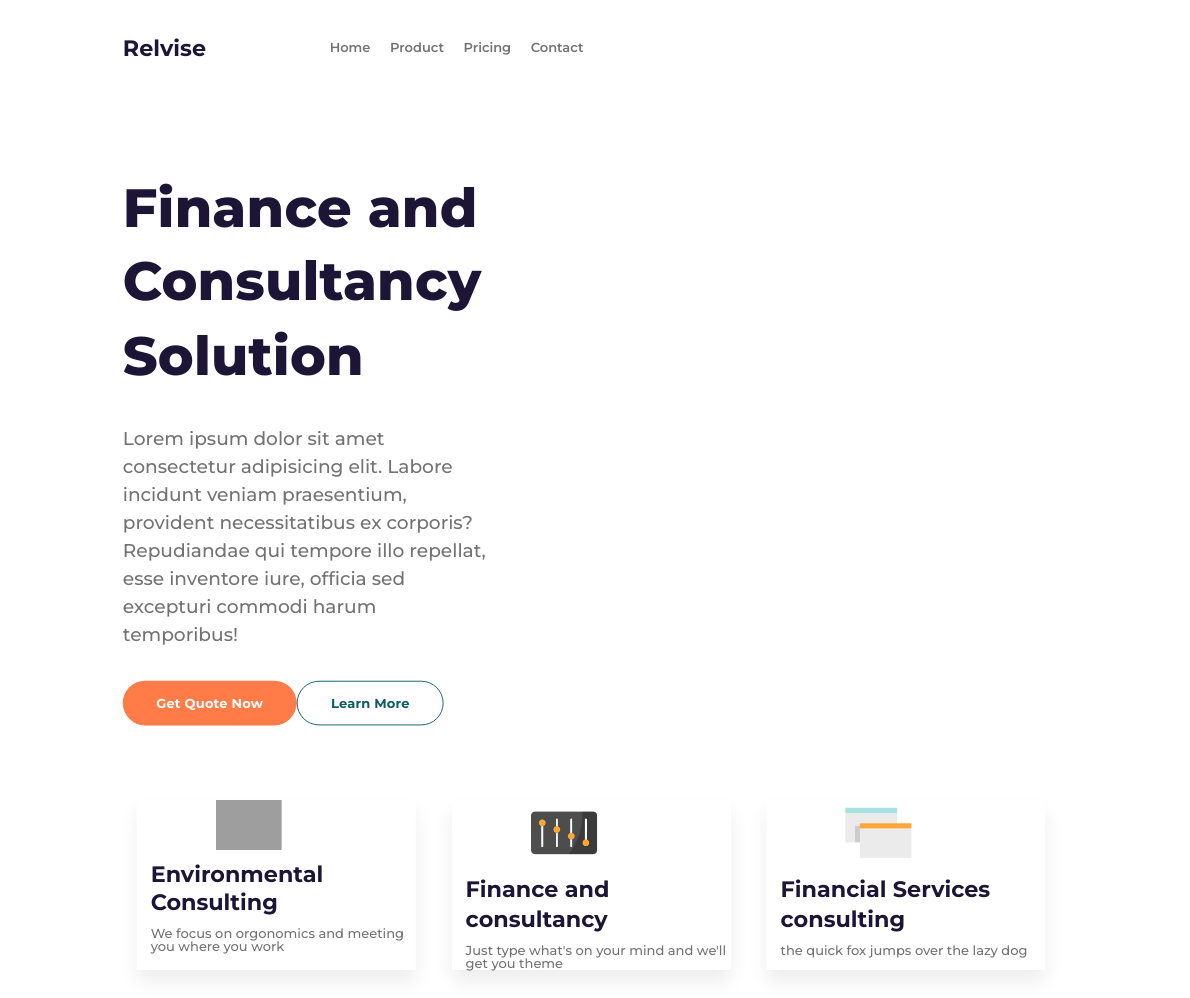
Repository: usalokiN/simple-project
Page: index.html
The author's editor kept a copy of each file at every save. The page is drawn from the files as they stood at one save, then again after the next save.
The browser window is 1280 px wide. The pictures show the whole page, at 93% of full size.
Pictures or frames that could not be fetched are drawn as grey boxes.

Above is the page before, as saved 2022-01-16 23:31:43.

### index.html
<!DOCTYPE html>
<html lang="en">

<head>
    <meta charset="UTF-8">
    <meta http-equiv="X-UA-Compatible" content="IE=edge">
    <meta name="viewport" content="width=device-width, initial-scale=1.0">
    <link rel="stylesheet" href="https://fonts.googleapis.com/css?family=Montserrat:regular,500,600,700,800&display=swap">
    <link rel="stylesheet" href="css/style.css">
    <meta author="NikoDyachenko">
    <title>Simple project</title>


</head>

<body>
    <div class="wrapper">
        <header class="header">
            <div class="header__container _container">
                <a href="" class="header__logo">
                    Relvise
                </a>
                <nav class="header__menu menu">
                    <ul class="menu__list">
                        <li class="menu__item">
                            <a href="" class="menu__link">Home</a>
                        </li>
                        <li class="menu__item">
                            <a href="" class="menu__link">Product</a>
                        </li>
                        <li class="menu__item">
                            <a href="" class="menu__link">Pricing</a>
                        </li>
                        <li class="menu__item">
                            <a href="" class="menu__link">Contact</a>
                        </li>
                    </ul>
                </nav>
            </div>
    </div>
    </header>
    <main class="page">
        <div class="page__main-block main-block">
            <div class="main-block_containter _container">
                <div class="main-block__body">
                    <h1 class="main-block__title">Finance and Consultancy Solution</h1>
                    <div class="main-block__text">Lorem ipsum dolor sit amet consectetur adipisicing elit. Labore incidunt veniam praesentium, provident necessitatibus ex corporis? Repudiandae qui tempore illo repellat, esse inventore iure, officia sed excepturi commodi harum temporibus!

                    </div>
                    <div class="main-block__buttons">
                        <a href="" class="main-block__button main-block__button_orange">Get Quote Now</a>
                        <a href="" class="main-block__button main-block__button_border">Learn More</a>

                    </div>
                </div>
            </div>
        </div>
        <div class="main-block__image">
            <!-- <img src="" alt="cover"> -->
        </div>
        <div class="page__services services">
            <div class="services__conateiner _container">
                <div class="services__body">
                    <div class="services__column">
                        <div class="services__item item-service">
                            <div class="item-service__icon"><img src="img/icon-block1.png" alt="Environmental Consulting"></div>
                            <div class="item-service__title">Environmental Consulting</div>
                            <div class="item-service__text">We focus on orgonomics and meeting you where you work</div>

                        </div>
                    </div>
                    <div class="services__column">
                        <div class="services__item item-service">
                            <div class="item-service__icon"><img src="img/icon-block2.png" alt="Environmental Consulting"></div>
                            <div class="item-service__title">Finance and consultancy</div>
                            <div class="item-service__text">Just type what's on your mind and we'll get you theme</div>

                        </div>
                    </div>
                    <div class="services__column">
                        <div class="services__item item-service item-service__third-block">
                            <div class="item-service__icon"><img src="img/icon-block3.png" alt="Environmental Consulting"></div>
                            <div class="item-service__title">Financial Services consulting</div>
                            <div class="item-service__text">the quick fox jumps over the lazy dog</div>

                        </div>
                    </div>
                </div>
            </div>
        </div>
    </main>
    <footer class="footer "></footer>
    </div>
</body>

</html>

### css/style.css
                    *,
                     ::before,
                     ::after {
                        padding: 0;
                        margin: 0;
                        bottom: 0;
                        box-sizing: border-box;
                    }

                    a {
                        text-decoration: none;
                    }

                    ul,
                    ol,
                    li {
                        list-style: none;
                    }

                    img {
                        vertical-align: top;
                    }

                    h1,
                    h2,
                    h3,
                    h4,
                    h5,
                    h6 {
                        font-weight: inherit;
                        font-style: inherit;
                    }

                    html,
                    body {
                        height: 100%;
                        line-height: 1;
                        font-size: 14px;
                        font-weight: 500;
                        color: rgb(28, 21, 54);
                        font-family: Montserrat;
                    }

                    .wrapper {
                        /* max-height: 100%; */
                        overflow: hidden;
                    }
                    /* ================================================================================== */

                    ._container {
                        max-width: 1046px;
                        margin: 0px auto;
                        padding: 0 15px;
                    }

                    ._ibg {
                        position: relative;
                    }

                    .ibg img {
                        position: absolute;
                        width: 100%;
                        height: 100%;
                        top: 0;
                        left: 0;
                        object-fit: cover;
                    }
                    /* ----------------------------------------HEADER------------------------------------------------------- */

                    .header {
                        position: absolute;
                        width: 100%;
                        left: 0;
                        top: 0;
                        z-index: 50;
                    }

                    .header__container {
                        display: flex;
                        min-height: 104px;
                        align-items: center;
                    }

                    @media (max-width: 479px) {
                        .header__container {
                            min-height: 85px;
                        }
                    }

                    ._container {}

                    .header__logo {
                        font-size: 24px;
                        font-weight: 700;
                        color: inherit;
                    }

                    .header__menu {
                        margin: 0 0 0 133px;
                    }

                    @media (max-width: 992px) {
                        .header__menu {
                            margin: 0 0 0 80px;
                        }
                    }

                    @media (max-width: 762px) {
                        .header__menu {
                            margin: 0 0 0 40px;
                        }
                    }

                    @media (max-width: 479px) {
                        .header__menu {
                            margin: 0 0 0 20px;
                        }
                    }

                    .menu {
                        padding: 5px 0;
                    }

                    .menu__list {
                        display: flex;
                        flex-wrap: wrap;
                    }

                    .menu__item {}

                    .menu__item:not(:last-child) {
                        margin: 0 21px 0 0px;
                        /* Отступы у каждого кроме последнего элемента */
                    }

                    .menu__link {
                        color: #737373;
                        font-weight: 600;
                        line-height: calc(24/14 * 100%);
                        /*171% - процет отступа. Формула расчета при 14px шрифта*/
                    }

                    @media (max-width: 479) {
                        .menu__link {
                            font-size: 18px;
                        }
                    }
                    /* MAIN */

                    .page {
                        flex: 1 1 auto;
                    }
                    /* FOOTER */

                    .footer {}
                    /* MAIN-BLOCK */

                    .page__main-block {}

                    .main-block {
                        position: relative;
                        ;
                    }

                    .main-block_containter {}

                    ._container {}

                    .main-block__body {
                        padding: 184px 0px 191px 0px;
                        position: relative;
                        z-index: 2;
                        max-width: 400px;
                    }

                    .main-block__body>*:not(:last-child) {
                        margin: 0 0 35px 0;
                    }

                    .main-block__title {
                        font-size: 58px;
                        line-height: 137%;
                        font-weight: 800;
                        letter-spacing: 0.2px;
                    }

                    @media (max-width:497px) {
                        .main-block__title {
                            font-size: 42px;
                        }
                    }

                    .main-block__text {
                        color: #737373;
                        font-size: 20px;
                        line-height: 1.5;
                    }

                    .main-block__buttons {
                        display: inline-flex;
                        flex-wrap: wrap;
                        margin: -10px 0;
                    }

                    .main-block__button {
                        border-radius: 37px;
                        display: flex;
                        min-height: 48px;
                        justify-content: center;
                        align-items: center;
                        letter-spacing: 0.2px;
                        font-weight: 700;
                        line-height: 150%;
                        padding: 5px 36px;
                        text-align: center;
                        margin: 10px 0;
                    }

                    @media(max-width:479px) {
                        .main-block__button:not(:last-child) {
                            margin-right: 10px;
                        }
                    }

                    .main-block__button_orange {
                        background: #ff7b47;
                        color: #fff;
                    }

                    .main-block__button_border {
                        color: #0d5c63;
                        border: 1px solid #0d5c63;
                    }

                    .main-block__image {
                        position: absolute;
                        width: 100%;
                        height: 100%;
                        top: 0;
                        left: 0;
                    }

                    @media (max-width:1300px) {
                        .main-block__image img {
                            object-fit: right;
                        }
                    }

                    @media (max-width:992px) {
                        .main-block__image {
                            opacity: 0.5;
                        }
                    }
                    /* =================BLOCKS======================================= */

                    .page__services {
                        /* display: flex; */
                        margin: -111px 0 0 0;
                        position: relative;
                        z-index: 2;
                    }

                    .services {}

                    .services__conateiner {}

                    ._container {}

                    .services__body {
                        display: flex;
                        margin: 0 -15px;
                        flex-wrap: wrap;
                        margin: 0 0 -30px 0;
                    }

                    .services__column {
                        padding: 0 15px;
                        flex: 0 1 33.333%;
                        margin: 0 0 30px 0;
                    }

                    @media (max-width:992px) {
                        .services__column {
                            flex: 0 1 50%;
                        }
                    }

                    .services__item {
                        box-shadow: 0 13px 19px rgb(0, 0, 0, 0.07);
                        background-color: white;
                        padding: 0 0 0 15px;
                        height: 100%;
                        width: 300px;
                    }

                    .services__item>*:not(:last-child) {
                        margin: 0 0 10px 0;
                    }

                    .item-service .item-service {}

                    .item-service__icon {
                        padding: 0 0 0 70px;
                    }

                    .item-service__icon img {
                        width: 33%;
                    }

                    .item-service__title {
                        font-weight: 700;
                        font-size: 24px;
                        line-height: 133%;
                    }

                    .item-service__text {
                        color: #737373;
                    }

                    .item-service__third-block {
                        /* background-color: #68e6f1; */
                    }

After the next save:
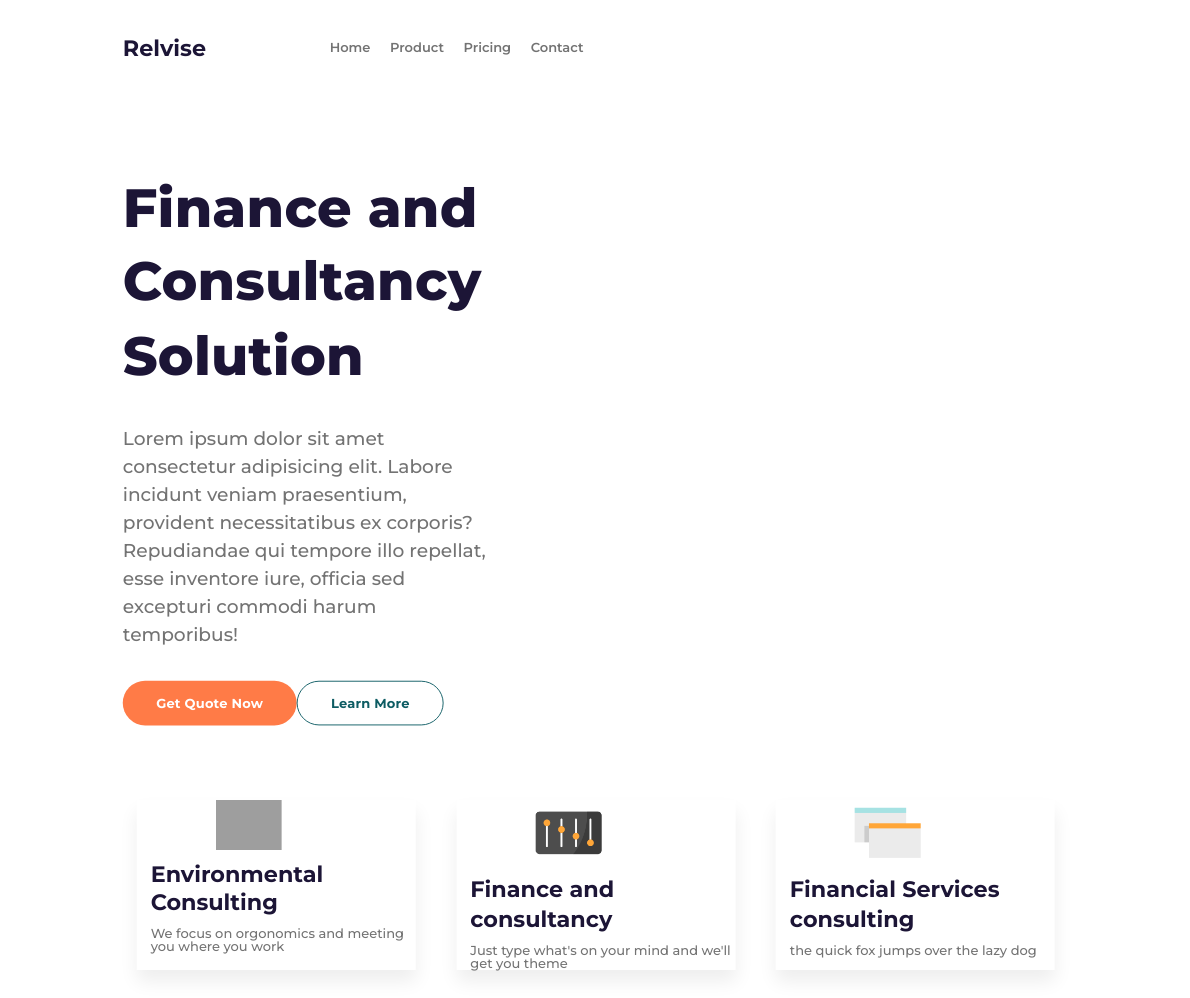
Saved 5 s later.
--- a/css/style.css
+++ b/css/style.css
@@ -270,7 +270,7 @@
                         display: flex;
                         margin: 0 -15px;
                         flex-wrap: wrap;
-                        margin: 0 0 -30px 0;
+                        margin: 0 -15px -30px 0;
                     }
 
                     .services__column {
